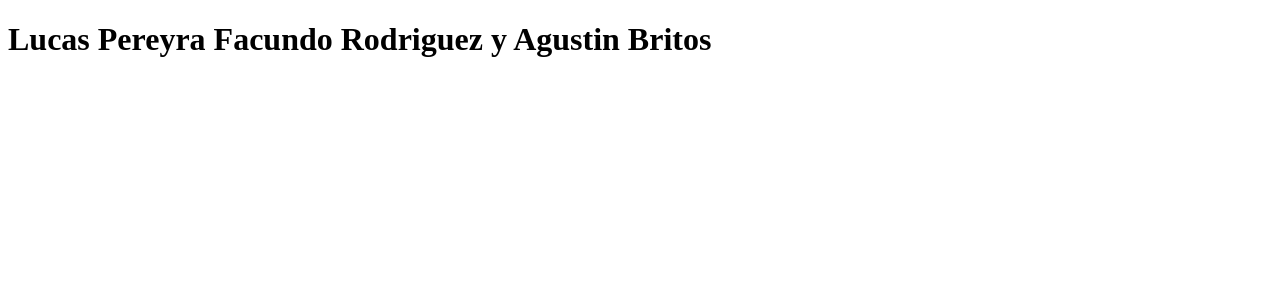
Repository: lucasp3113/coockpad
Page: index.html
The author's editor kept a copy of each file at every save. The page is drawn from the files as they stood at one save, then again after the next save.
The browser window is 1280 px wide. The pictures show the whole page.

Above is the page before, as saved 2025-05-12 11:43:05.

### index.html
<!DOCTYPE html>
<html lang="es">
<head>
    <meta charset="UTF-8" />
    <meta name="viewport" content="width=device-width, initial-scale=1.0" />
    <title>Lamine Yamal</title>
</head>
<body>
    <header>
        <h1>Lucas Pereyra Facundo Rodriguez y Agustin Britos</h1>
    </header>
    <nav></nav>
    <aside></aside>
    <main>
        <article>
            <header></header>
            <figure></figure>
            <p></p>
            <footer></footer>
        </article>
        <section></section>
    </main>
    <footer></footer>
</body>
</html>

After the next save:
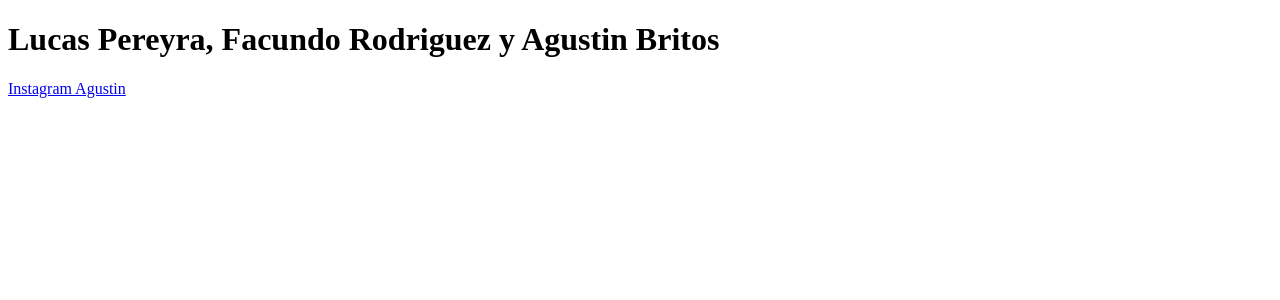
Saved 90 s later.
--- a/index.html
+++ b/index.html
@@ -7,9 +7,12 @@
 </head>
 <body>
     <header>
-        <h1>Lucas Pereyra Facundo Rodriguez y Agustin Britos</h1>
+        <h1>Lucas Pereyra, Facundo Rodriguez y Agustin Britos</h1>
     </header>
-    <nav></nav>
+    <nav>
+        <a href=""></a>
+        <a href="https://www.instagram.com/agubritos_/?hl=es">Instagram Agustin</a>
+    </nav>
     <aside></aside>
     <main>
         <article>
